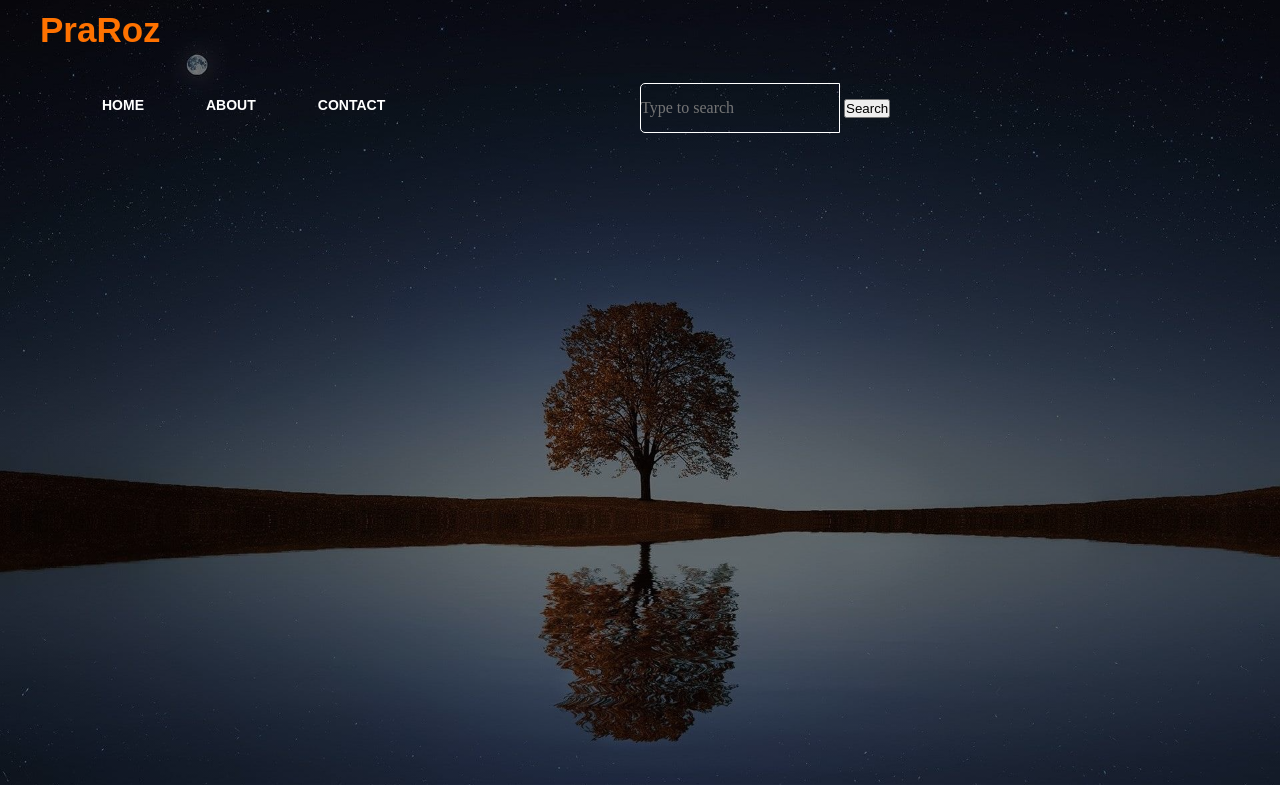
Repository: Cedrqmwesigwa/web-design-course
Page: index.html
These files come from the project's save history. The page is drawn as it stood at one moment and after a run of saves; the edit follows.
The browser window is 1280 px wide. The pictures show the whole page.

Above is the page before, as saved 2024-04-03 20:00:20.

### index.html
<!DOCTYPE html>
<html lang="en">
<head>
    <title>My Website</title>
    <link rel="stylesheet" href="style.css"/>
</head>
<body>
    <div class="main">
        <div class="navbar">
            <div class="icon">
                <h2 class="logo">PraRoz</h2>
            </div>
            <div class="menu">
                <ul>
                    <li><a href="#">HOME</a></li>
                    <li><a href="#">ABOUT</a></li>
                    <li><a href="#">CONTACT</a></li>
                </ul>
            </div>
            <div class="search">
                <input type="search" class="srch" name="" placeholder="Type to search">
                <a href="#"><button class="btn">Search</button></a>
            </i></div>
        </div>
    </div>


</body>
</html>

### style.css
*{
    margin: 0;
    padding: 0;
}

.main{
    width: 100% ;
    background: linear-gradient(to top, rgba(0,0,0,0.5)50%, rgba(0, 0, 0, 0.5)50%), url(1.jpg);
    background-position: center;
    background-size: cover;
    height: 109vh;
}

.navbar{
    width: 1200px;
    height: 75px;
    margin:  auto;
}

.icon{
    width: 200px;
    font: left;
    height: 70px;
}

.logo {
    color: #ff7200;
    font-size: 35px;
    font-family: Arial;
    float: left;
    padding-top: 10px;
}

.menu{
    width: 400px;
    float: left;
    height: 70px;
}

ul{
    float: left;
    display: flex;
    justify-content: center;
    align-items: center;
}

ul li{
    list-style: none;
    margin-left: 62px;
    margin-top: 27px;
    font-size: 14px;
}

ul li a{
    text-decoration: none;
    color: white;
    font-family: Arial;
    font-weight: bold;
    transition: .4 ease-in-out;
}

ul li a:hover{
    color:#ff7200
}

.search{
    width: 330px;
    float: left;
    margin-left: 200px;
}

.srch{
    font-family: "Times New Roman";
    width: 200px;
    height: 50px;
    background: transparent;
    border-top: 5px;
    border-bottom-left-radius: 5px;
    border-top-left-radius: 5px;
    font-size: 16px;
    color: white;
    margin-top:13px;
    border: 1px solid  #fff;


}

After the next 2 saves:
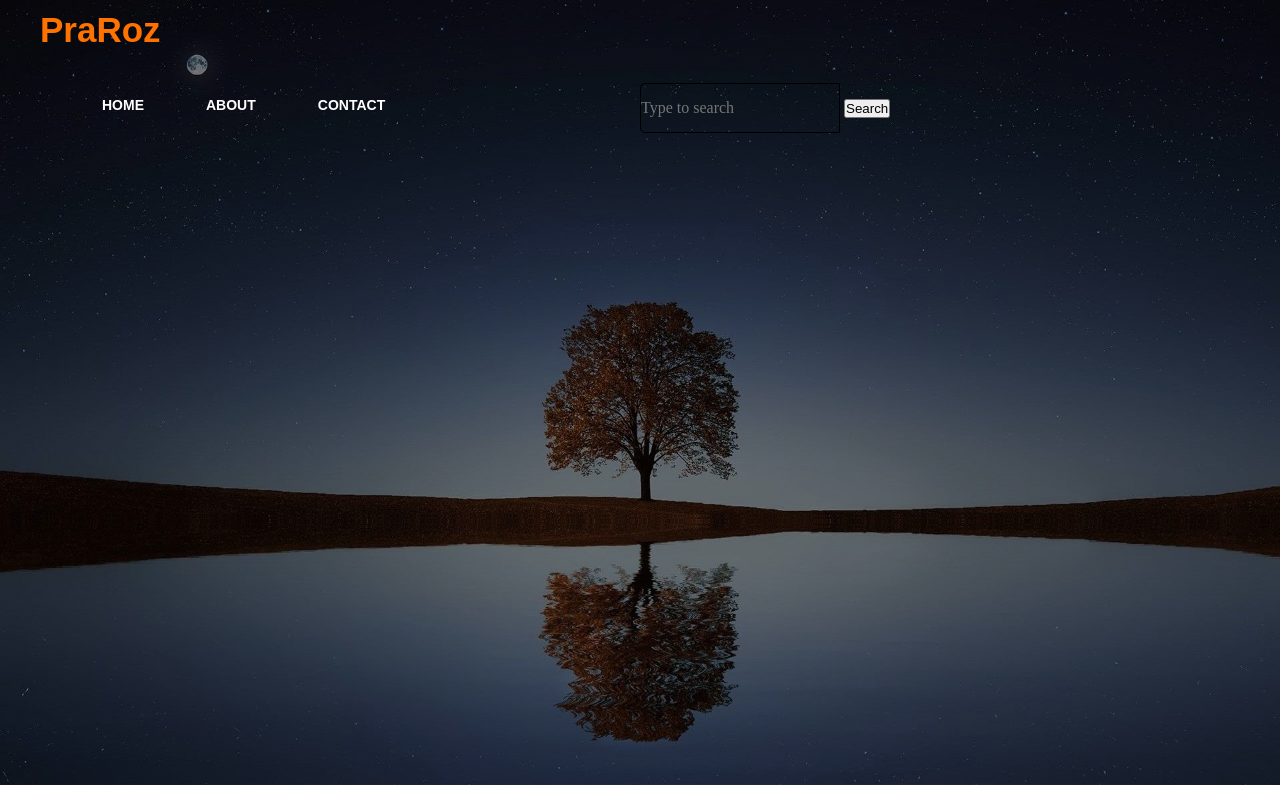
The 2 saves are shown as one change because they came seconds apart.
The last was saved 22 s later.
--- a/style.css
+++ b/style.css
@@ -80,7 +80,7 @@ ul li a:hover{
     font-size: 16px;
     color: white;
     margin-top:13px;
-    border: 1px solid  #fff;
+    border: 1px solid  #000;
 
 
 }
